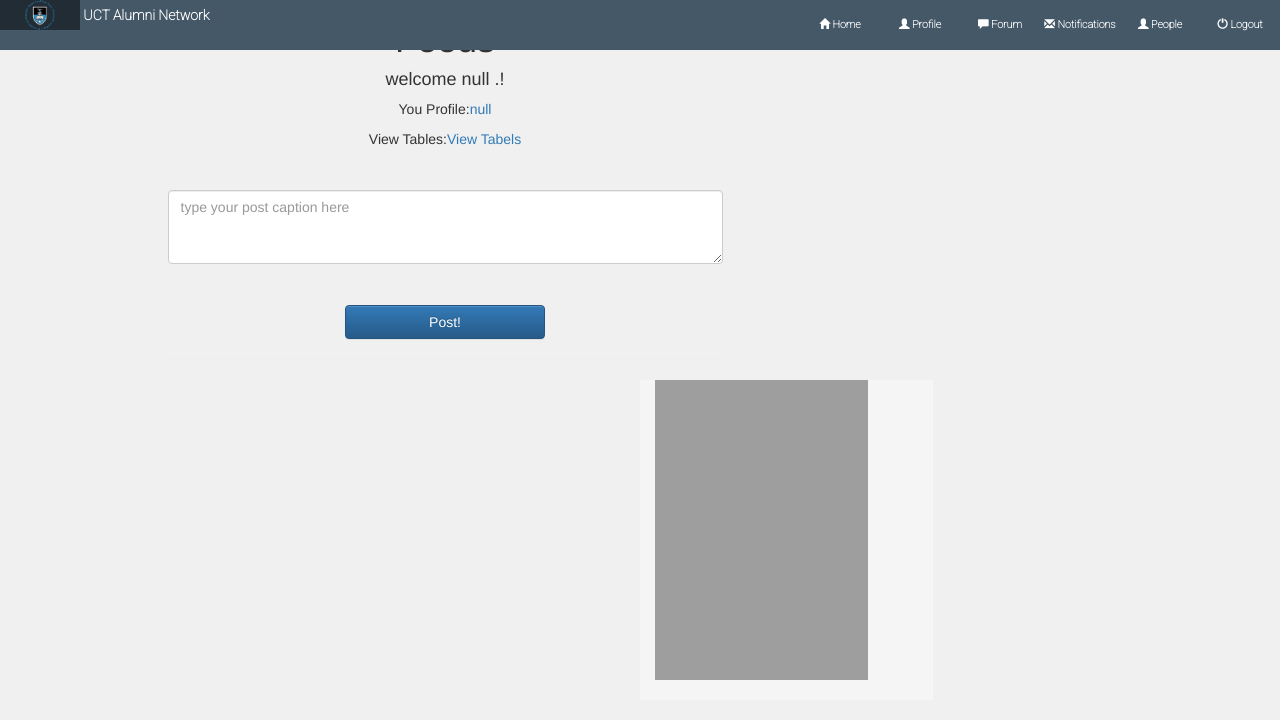
Repository: lorna-k/Workspace
Page: http://localhost/Alumni-2/JSP/Feed.jsp
The author's editor kept a copy of each file at every save. The page is drawn from the files as they stood at one save, then again after the next save.
The browser window is 1280 px wide. The pictures show the whole page.
Pictures or frames that could not be fetched are drawn as grey boxes. Some web fonts or font styles are not loaded; a fallback is used. The page is served by Tomcat 9. Queries for data that is not in the repository find no rows.

Above is the page before, as saved 2016-09-13 18:44:36.

After the next save:
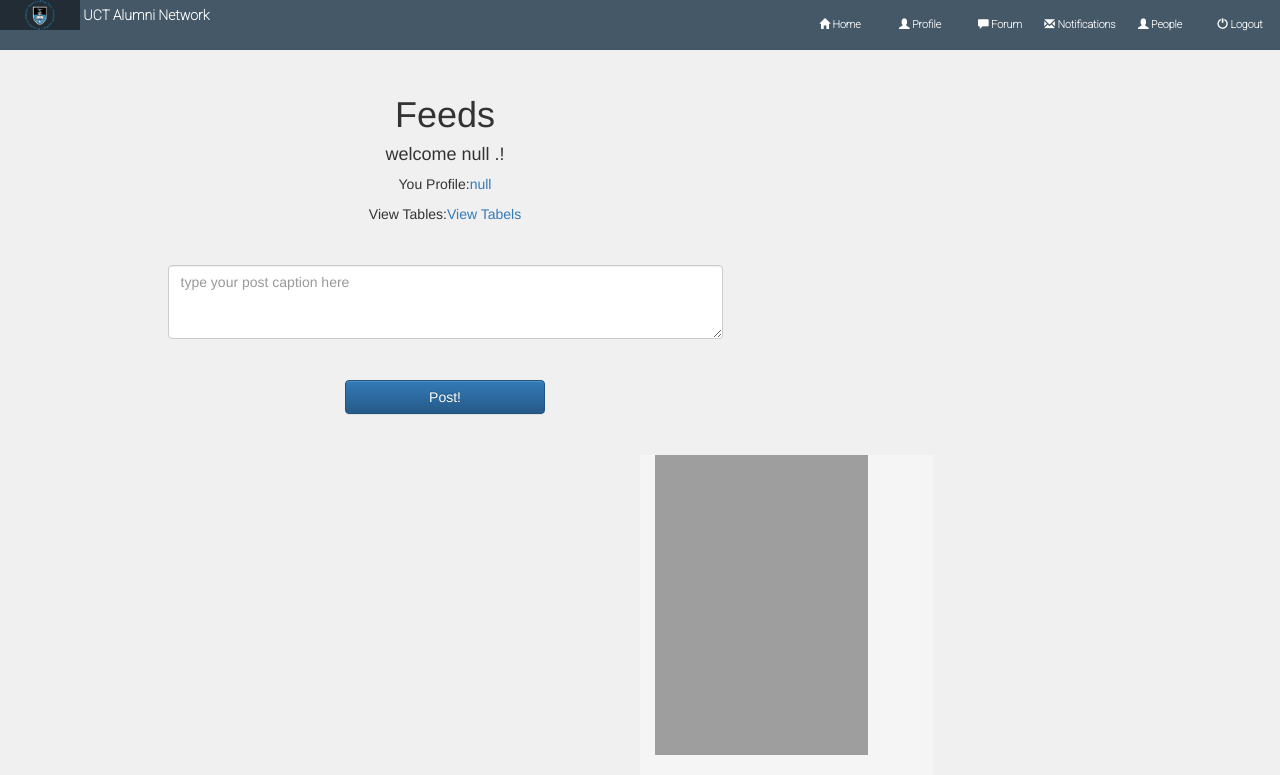
Saved 49 s later.
--- a/Alumni/Alumni-2/WebContent/JSP/Feed.jsp
+++ b/Alumni/Alumni-2/WebContent/JSP/Feed.jsp
@@ -16,6 +16,11 @@
 <meta name="viewport" content="width=device-width, initial-scale=1, maximum-scale=1">
 	<meta charset="ISO-8859-1">
 
+	<!-- css -->
+	<link rel="stylesheet" href="../css/normalize.css">
+	<link rel="stylesheet" href="../css/nav_style.css">
+	<link rel="stylesheet" href="../css/site_styles.css">
+	<link rel="stylesheet" type="text/css" href="../css/feed_style.css">
 
 	<!-- font -->
 	<link href='http://fonts.googleapis.com/css?family=PT+Sans:400,700' rel='stylesheet' type='text/css'>
@@ -24,11 +29,7 @@
 	<!-- <script src="https://ajax.googleapis.com/ajax/libs/jquery/1.7.2/jquery.min.js"></script> -->
 	<script src="https://ajax.googleapis.com/ajax/libs/jquery/1.12.4/jquery.min.js"></script><script src="https://ajax.googleapis.com/ajax/libs/jquery/1.12.4/jquery.min.js"></script>
 
-	<!-- css -->
-	<link rel="stylesheet" href="../css/normalize.css">
-	<link rel="stylesheet" href="../css/nav_style.css">
-	<link rel="stylesheet" href="../css/site_styles.css">
-	<link rel="stylesheet" type="text/css" href="../css/feed_style.css">
+
 
 
 	<!-- Latest compiled and minified CSS -->
@@ -86,7 +87,7 @@
 		</nav>
 	</div>
 
-	<div class="content" >
+	<div class="content" style="position:relative; top:75px">
 		<div class="container ">
 			<div class="row">
 				<div class="posts-section col-md-6 col-md-offset-1">
